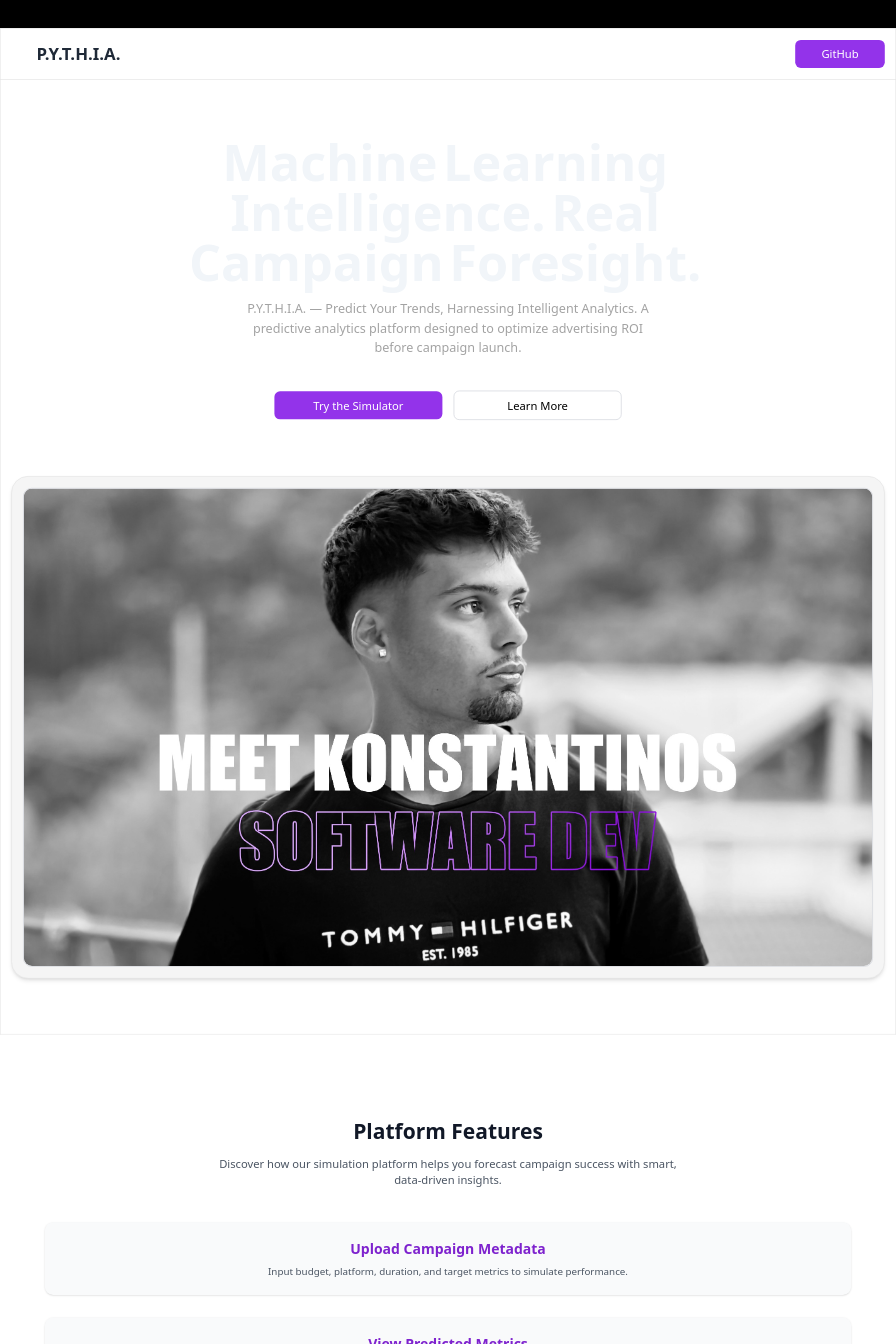
Repository: gaswiz/pythia-core
Page: / (app in frontend-v2/)
The author's editor kept a copy of each file at every save. The page is drawn from the files as they stood at one save, then again after the next save.
The browser window is 1280 px wide. The pictures show the part of the page from y = 0 to 1920 px (the page is 3102 px tall before and 2280 px after), at 70% of full size.
Some web libraries are served in a nearby version. The project was rebuilt for these pictures with package versions that can differ from the ones it lists, and the page was loaded fresh each time. Also part of the build but not shown: frontend-v2/vite.config.js.

Above is the page before, as saved 2025-05-28 01:06:05.

### frontend-v2/index.html
<!DOCTYPE html>
<html lang="en">
  <head>
    <meta charset="UTF-8" />
    <meta name="viewport" content="width=device-width, initial-scale=1.0" />
    <title>P.Y.T.H.I.A.</title>
    <script src="https://cdn.tailwindcss.com"></script>
  </head>
  <body class="bg-gray-50 font-sans">
    <div id="root"></div>
    <script type="module" src="/src/main.jsx"></script>
  </body>
</html>

### frontend-v2/src/main.jsx
/*
  File: /src/main.jsx
  Description: Entry point that renders the main App component for P.Y.T.H.I.A.
*/

import React from 'react';
import ReactDOM from 'react-dom/client';
import App from './App.jsx';
import './index.css';

ReactDOM.createRoot(document.getElementById('root')).render(
  <React.StrictMode>
    <App />
  </React.StrictMode>
);

### frontend-v2/src/App.jsx
/*
  File: /src/App.jsx
  Description: Integrating HeroSectionOne into app layout
*/

import React from 'react';
import HeroSectionOne from './components/ui/hero-section-demo-1';
import Features from './components/Features';
import Simulation from './components/Simulation';
import About from './components/About';

export default function App() {
  return (
    <main className="bg-white text-gray-800 font-sans">
      <HeroSectionOne />
      <section id="features">
        <Features />
      </section>
      <section id="simulation">
        <Simulation />
      </section>
      <section id="about">
        <About />
      </section>
      <footer className="text-center text-xs text-gray-400 py-8">
        &copy; 2025 Konstantinos Panagiotaropoulos — University of East London
      </footer>
    </main>
  );
}

### frontend-v2/src/index.css
/*
  File: /src/index.css
  Description: Tailwind base with dark theme default background
*/

@tailwind base;
@tailwind components;
@tailwind utilities;

/* Ensure full background black */
html, body {
  background-color: #000;
  color: white;
  min-height: 100%;
  margin: 0;
  padding: 0;
}


img {
  object-fit: contain;
  width: 64px;
  height: 64px;
  border-radius: 0.75rem;
  transition: transform 0.2s ease;
}

img:hover {
  transform: scale(1.1);
}

input, button, select, textarea {
  color: black;
  background-color: white;
  border-radius: 0.5rem;
  padding: 0.5rem;
}

### frontend-v2/src/components/ui/hero-section-demo-1.tsx
/*
  File: /src/components/ui/hero-section-demo-1.tsx
  Description: Hero updated with ML-focused slogan, real links, and modal image
*/

"use client";

import { motion } from "framer-motion";

export default function HeroSectionOne() {
  return (
    <div className="relative mx-auto my-10 flex max-w-7xl flex-col items-center justify-center">
      <Navbar />
      <div className="absolute inset-y-0 left-0 h-full w-px bg-neutral-200/80 dark:bg-neutral-800/80">
        <div className="absolute top-0 h-40 w-px bg-gradient-to-b from-transparent via-purple-500 to-transparent" />
      </div>
      <div className="absolute inset-y-0 right-0 h-full w-px bg-neutral-200/80 dark:bg-neutral-800/80">
        <div className="absolute h-40 w-px bg-gradient-to-b from-transparent via-purple-500 to-transparent" />
      </div>
      <div className="absolute inset-x-0 bottom-0 h-px w-full bg-neutral-200/80 dark:bg-neutral-800/80">
        <div className="absolute mx-auto h-px w-40 bg-gradient-to-r from-transparent via-purple-500 to-transparent" />
      </div>
      <div className="px-4 py-10 md:py-20">
        <h1 className="relative z-10 mx-auto max-w-4xl text-center text-2xl font-bold text-slate-100 md:text-4xl lg:text-7xl dark:text-slate-300">
          {"Machine Learning Intelligence. Real Campaign Foresight.".split(" ").map((word, index) => (
            <motion.span
              key={index}
              initial={{ opacity: 0, filter: "blur(4px)", y: 10 }}
              animate={{ opacity: 1, filter: "blur(0px)", y: 0 }}
              transition={{ duration: 0.3, delay: index * 0.1, ease: "easeInOut" }}
              className="mr-2 inline-block"
            >
              {word}
            </motion.span>
          ))}
        </h1>
        <motion.p
          initial={{ opacity: 0 }}
          animate={{ opacity: 1 }}
          transition={{ duration: 0.3, delay: 0.8 }}
          className="relative z-10 mx-auto max-w-xl py-4 text-center text-lg font-normal text-neutral-400"
        >
          P.Y.T.H.I.A. — Predict Your Trends, Harnessing Intelligent Analytics. A predictive analytics platform designed to optimize advertising ROI before campaign launch.
        </motion.p>
        <motion.div
          initial={{ opacity: 0 }}
          animate={{ opacity: 1 }}
          transition={{ duration: 0.3, delay: 1 }}
          className="relative z-10 mt-8 flex flex-wrap items-center justify-center gap-4"
        >
          <a
            href="https://github.com/gaswiz/pythia-core"
            target="_blank"
            rel="noopener noreferrer"
            className="w-60 transform rounded-lg bg-purple-600 px-6 py-2 font-medium text-white text-center transition-all duration-300 hover:-translate-y-0.5 hover:bg-purple-700"
          >
            Try the Simulator
          </a>
          <a
            href="https://github.com/gaswiz/pythia-core/blob/main/README.md"
            target="_blank"
            rel="noopener noreferrer"
            className="w-60 transform rounded-lg border border-gray-300 bg-white px-6 py-2 font-medium text-black text-center transition-all duration-300 hover:-translate-y-0.5 hover:bg-gray-100 dark:border-gray-700 dark:bg-black dark:text-white dark:hover:bg-gray-900"
          >
            Learn More
          </a>
        </motion.div>
        <motion.div
          initial={{ opacity: 0, y: 10 }}
          animate={{ opacity: 1, y: 0 }}
          transition={{ duration: 0.3, delay: 1.2 }}
          className="relative z-10 mt-20 rounded-3xl border border-neutral-200 bg-neutral-100 p-4 shadow-md dark:border-neutral-800 dark:bg-neutral-900"
        >
          <div className="w-full overflow-hidden rounded-xl border border-gray-300 dark:border-gray-700">
            <img
              src="/kostas.jpg"
              alt="P.Y.T.H.I.A. preview"
              className="aspect-[16/9] h-auto w-full object-cover"
              height={1000}
              width={1000}
            />
          </div>
        </motion.div>
      </div>
    </div>
  );
}

const Navbar = () => {
  return (
    <nav className="flex w-full items-center justify-between border-t border-b border-neutral-200 px-4 py-4 dark:border-neutral-800">
      <div className="flex items-center gap-2">
        <div className="size-7 rounded-full bg-gradient-to-br from-purple-500 to-pink-500" />
        <h1 className="text-base font-bold md:text-2xl">P.Y.T.H.I.A.</h1>
      </div>
      <a
        href="https://github.com/gaswiz/pythia-core"
        target="_blank"
        rel="noopener noreferrer"
        className="w-24 transform rounded-lg bg-purple-600 px-6 py-2 font-medium text-white text-center transition-all duration-300 hover:-translate-y-0.5 hover:bg-purple-700 md:w-32"
      >
        GitHub
      </a>
    </nav>
  );
};

### frontend-v2/src/components/Features.jsx
/*
  File: /src/components/Features.jsx
  Description: Section highlighting key features of the P.Y.T.H.I.A. platform.
*/

import React from 'react';

export default function Features() {
  return (
    <section className="bg-white py-20 px-6 text-center">
      <h2 className="text-3xl font-bold text-gray-900 mb-4">Platform Features</h2>
      <p className="text-gray-600 max-w-2xl mx-auto mb-12">
        Discover how our simulation platform helps you forecast campaign success with smart, data-driven insights.
      </p>
      <div className="grid grid-cols-1 md:grid-cols-3 gap-8 max-w-6xl mx-auto">
        <div className="bg-gray-50 rounded-xl shadow p-6">
          <h3 className="text-xl font-semibold text-purple-700 mb-2">Upload Campaign Metadata</h3>
          <p className="text-gray-600 text-sm">
            Input budget, platform, duration, and target metrics to simulate performance.
          </p>
        </div>
        <div className="bg-gray-50 rounded-xl shadow p-6">
          <h3 className="text-xl font-semibold text-purple-700 mb-2">View Predicted Metrics</h3>
          <p className="text-gray-600 text-sm">
            See estimated CTR, conversions, and impressions with real-time feedback.
          </p>
        </div>
        <div className="bg-gray-50 rounded-xl shadow p-6">
          <h3 className="text-xl font-semibold text-purple-700 mb-2">Export & Integrate</h3>
          <p className="text-gray-600 text-sm">
            Generate campaign reports and export to marketing dashboards or tools.
          </p>
        </div>
      </div>
    </section>
  );
}

### frontend-v2/src/components/Simulation.jsx
/*
  File: /src/components/Simulation.jsx
  Description: Interactive simulation pane for P.Y.T.H.I.A.
*/

import React, { useState } from "react";
import { BarChart, Bar, XAxis, YAxis, Tooltip, ResponsiveContainer, CartesianGrid } from "recharts";

const Simulation = () => {
  const [company, setCompany] = useState("");
  const [budget, setBudget] = useState("");
  const [platform, setPlatform] = useState("");
  const [result, setResult] = useState(null);

  const handleSubmit = (e) => {
    e.preventDefault();
    const budgetValue = parseFloat(budget);
    let data = [];
    if (budgetValue < 100) {
      data = [
        { name: "Week 1", impressions: 500, ctr: 0.5 },
        { name: "Week 2", impressions: 700, ctr: 0.4 },
      ];
    } else if (budgetValue > 500) {
      data = [
        { name: "Week 1", impressions: 3000, ctr: 1.5 },
        { name: "Week 2", impressions: 3500, ctr: 1.7 },
      ];
    } else {
      data = [
        { name: "Week 1", impressions: 1500, ctr: 1.0 },
        { name: "Week 2", impressions: 1800, ctr: 1.1 },
      ];
    }
    setResult(data);
  };

  return (
    <section id="simulation" className="bg-zinc-900 text-white py-20 px-6">
      <div className="max-w-4xl mx-auto">
        <h2 className="text-4xl font-bold mb-6 text-center">Campaign Simulation</h2>
        <form
          onSubmit={handleSubmit}
          className="flex flex-col gap-4 bg-zinc-800 p-6 rounded-xl shadow-lg"
        >
          <input
            type="text"
            placeholder="Company Name"
            className="rounded-lg px-4 py-2 text-black"
            value={company}
            onChange={(e) => setCompany(e.target.value)}
            required
          />
          <input
            type="number"
            placeholder="Budget (€)"
            className="rounded-lg px-4 py-2 text-black"
            value={budget}
            onChange={(e) => setBudget(e.target.value)}
            required
          />
          <div className="flex items-center gap-6">
            <label className="flex items-center gap-2">
              <input
                type="radio"
                name="platform"
                value="Meta"
                onChange={(e) => setPlatform(e.target.value)}
                required
              />
              <img src="/meta.png" alt="Meta" className="w-8 h-8 rounded" />
            </label>
            <label className="flex items-center gap-2">
              <input
                type="radio"
                name="platform"
                value="Google"
                onChange={(e) => setPlatform(e.target.value)}
              />
              <img src="/google.png" alt="Google" className="w-8 h-8 rounded" />
            </label>
          </div>
          <button
            type="submit"
            className="mt-4 bg-purple-600 hover:bg-purple-700 text-white font-bold py-2 px-4 rounded"
          >
            Run Prediction
          </button>
        </form>

        {result && (
          <div className="mt-12">
            <h3 className="text-xl font-semibold mb-4 text-center">Predicted Performance</h3>
            <ResponsiveContainer width="100%" height={300}>
              <BarChart data={result}>
                <CartesianGrid strokeDasharray="3 3" stroke="#444" />
                <XAxis dataKey="name" stroke="#ccc" />
                <YAxis stroke="#ccc" />
                <Tooltip wrapperClassName="text-black" />
                <Bar dataKey="impressions" fill="#8884d8" name="Impressions" />
              </BarChart>
            </ResponsiveContainer>
          </div>
        )}
      </div>
    </section>
  );
};

export default Simulation;

### frontend-v2/src/components/About.jsx
/*
  File: /src/components/About.jsx
  Description: About section describing the academic purpose of P.Y.T.H.I.A.
*/

import React from 'react';

export default function About() {
  return (
    <section className="bg-white py-20 px-6 text-center">
      <h2 className="text-3xl font-bold text-gray-900 mb-4">About the Project</h2>
      <p className="text-gray-600 max-w-3xl mx-auto">
        P.Y.T.H.I.A. (Predict Your Trends, Harnessing Intelligent Analytics) is a predictive analytics tool for evaluating digital ad campaigns.
        This project is part of a final-year thesis at the University of East London and showcases how machine learning can be used to simulate key metrics
        like CTR, impressions, and ROI before campaigns launch. It uses a React-based frontend, a Flask API backend, and real marketing datasets.
      </p>
    </section>
  );
}

After the next save:
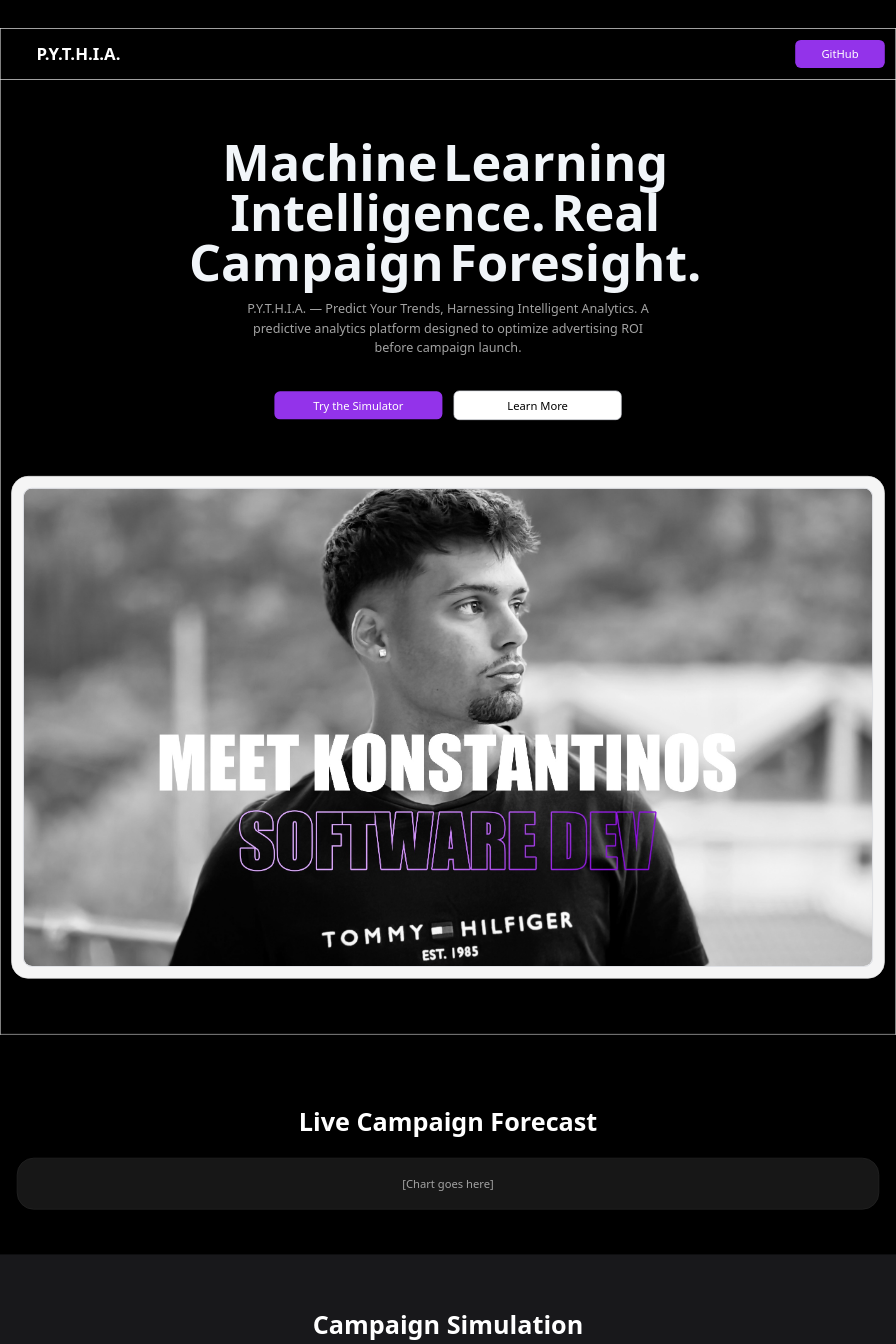
Saved 22 s later.
--- a/frontend-v2/src/App.jsx
+++ b/frontend-v2/src/App.jsx
@@ -1,30 +1,29 @@
 /*
   File: /src/App.jsx
-  Description: Integrating HeroSectionOne into app layout
+  Description: Updated root layout without GlowingEffect. We'll apply Hero-style animations to charts/panes.
 */
 
-import React from 'react';
-import HeroSectionOne from './components/ui/hero-section-demo-1';
-import Features from './components/Features';
-import Simulation from './components/Simulation';
-import About from './components/About';
+import React from "react";
+import HeroSectionOne from "./components/ui/hero-section-demo-1";
+import Simulation from "./components/Simulation";
 
-export default function App() {
+function App() {
   return (
-    <main className="bg-white text-gray-800 font-sans">
+    <div className="min-h-screen bg-black text-white">
       <HeroSectionOne />
-      <section id="features">
-        <Features />
+
+      {/* Example of a chart pane styled like Hero */}
+      <section className="max-w-7xl mx-auto px-6 py-16">
+        <h2 className="text-4xl font-bold text-center mb-8">Live Campaign Forecast</h2>
+        <div className="rounded-3xl border border-neutral-800 bg-neutral-900 p-6 shadow-md">
+          {/* Future: Add motion.div around chart or graph */}
+          <p className="text-center text-neutral-400">[Chart goes here]</p>
+        </div>
       </section>
-      <section id="simulation">
-        <Simulation />
-      </section>
-      <section id="about">
-        <About />
-      </section>
-      <footer className="text-center text-xs text-gray-400 py-8">
-        &copy; 2025 Konstantinos Panagiotaropoulos — University of East London
-      </footer>
-    </main>
+
+      <Simulation />
+    </div>
   );
 }
+
+export default App;
